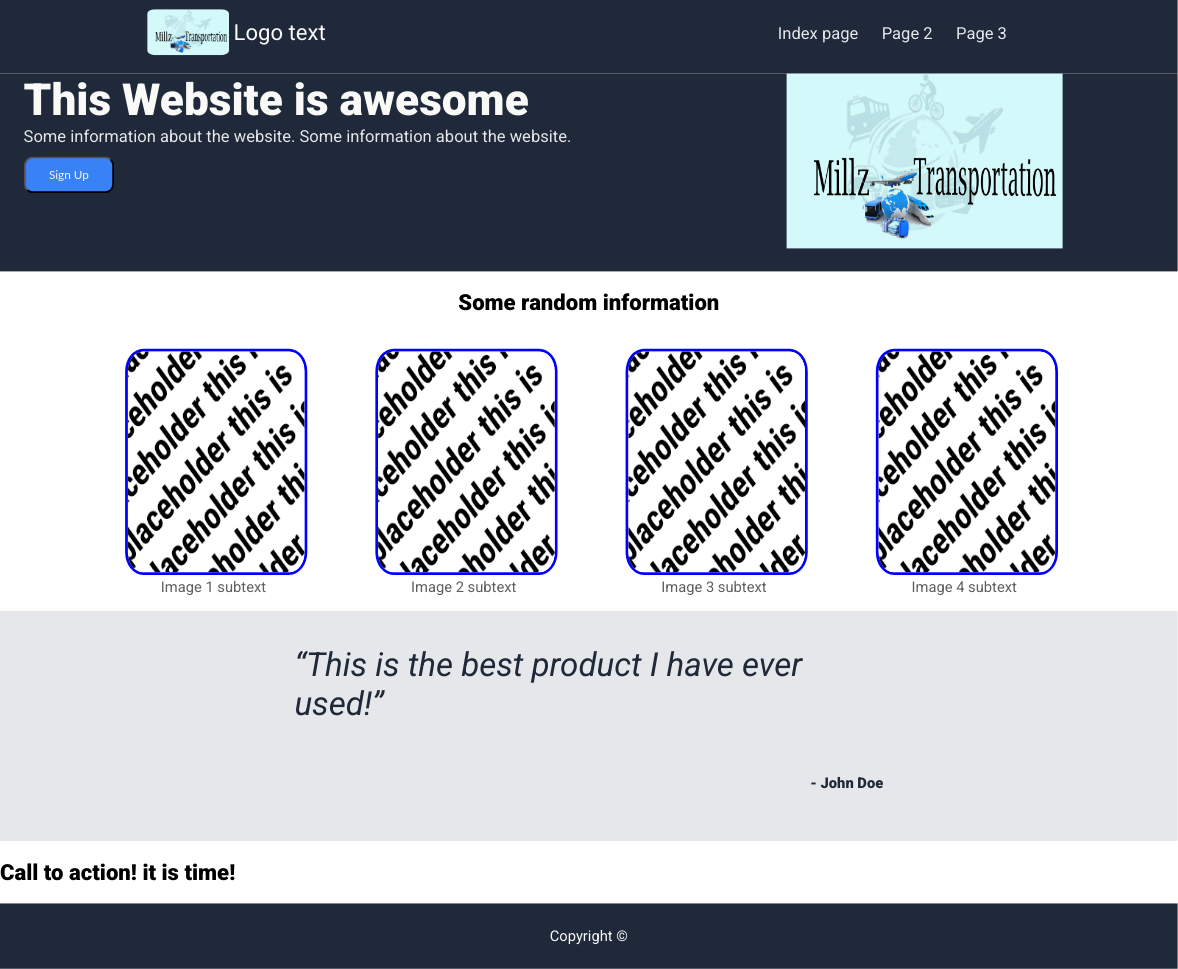
Repository: MikkyPrestige/css-assignment
Page: index.html
An editor plug-in stored every save of this project. The page is shown before and after the next save, followed by the edit.
The browser window is 1280 px wide. The pictures show the whole page, at 92% of full size.

Above is the page before, as saved 2023-04-27 02:17:49.

### index.html
<!DOCTYPE html>
<html lang="en">
<head>
  <meta charset="UTF-8">
  <meta http-equiv="X-UA-Compatible" content="IE=edge">
  <meta name="viewport" content="width=device-width, initial-scale=1.0">
  <link rel="stylesheet" href="./styles/index.css">
  <title>Assignment</title>
</head>
<body>
  <header>
    <div class="header">
      <div class="header-logo">
        <img src="./images/TransportationIcon3.jpg" alt="Company logo">
        <p>Logo text</p>
      </div>
      <nav>
          <a class="header-link" href="./index.html">Index page</a>
          <a class="header-link" href="./pages/extraPage1.html">Page 2</a>
          <a class="header-link" href="./pages/extraPage2.html">Page 3</a>
      </nav>
    </div>
  </header>

  <main>
    <!-- Claimed by Ashley -->
    <div class="Section_1">
      <div class="Header_body">
        <div>
            <div class="Header_title">
              This Website is awesome
            </div>
            <div class="Header_text">
              Some information about the website. Some information about the website.
            </div>
            <button>Sign Up</button>
        </div>
        <img class="headerImage" src="./images/TransportationIcon3.jpg" alt="icon"/>
      </div>
    </div>

    <!-- Claimed by Owen -->
    <div id="Section2">
      <h2>Some random information</h2>
      <div class="flex-image-container">
        <figure class="main-image">
          <img src="./images/placeholder1.png" alt="placeholder">
          <figcaption>Image 1 subtext</figcaption>
        </figure>
        <figure class="main-image">
          <img src="./images/placeholder1.png" alt="placeholder">
          <figcaption>Image 2 subtext</figcaption>
        </figure>
        <figure class="main-image">
          <img src="./images/placeholder1.png" alt="placeholder">
          <figcaption>Image 3 subtext</figcaption>
        </figure>
        <figure class="main-image">
          <img src="./images/placeholder1.png" alt="placeholder">
          <figcaption>Image 4 subtext</figcaption>
        </figure>
      </div>

    </div>

    <!-- Claimed by Alex -->
    <section class="section-3">
      <Selection class="review-slider">
        <div class="review-container">
          <div class="review">
            <q class="review-text">This is the best product I have ever used!</q>
            <p class="review-author">- John Doe</p>
          </div>

          <div class="review">
            <q class="review-text">I love this product! It has made my life so much easier.</q>
            <p class="review-author">- Jane Smith</p>
          </div>

          <div class="review">
            <q class="review-text">I highly recommend this product to anyone.</q>
            <p class="review-author">- Tom Johnson</p>
          </div>

          <div class="review">
            <q class="review-text">This is the best product I have ever used!</q>
            <p class="review-author">- John Doe 2</p>
          </div>

          <div class="review">
            <q class="review-text">I love this product! It has made my life so much easier.</q>
            <p class="review-author">- Jane Smith 2</p>
          </div>

          <div class="review">
            <q class="review-text">I highly recommend this product to anyone.</q>
            <p class="review-author">- Tom Johnson 2</p>
          </div>
        </div>
      </Selection>
    </section>

    <section id="Section4">
      <div class="section4-wrapper">
        <div class="section4-text">
          <h2>Call to action! it is time!</h2>
      </div>
    </section>
  </main>

  <footer>
    <div class="footer">
      <p>Copyright &copy</p>
    </div>
  </footer>
</body>
</html>

### styles/index.css
@import url('https://fonts.googleapis.com/css2?family=Roboto:ital,wght@0,400;0,900;1,400&display=swap');

/*  CSS variables defined here and referenced using var(--varName).
    Note: name must have '--' prefix */
:root {
    --review-count: 6;
}

body {
	font-family: 'Roboto', sans-serif;
	margin: 0;
}

/* CSS for page header */
header {
	padding-top: 10px;
	padding-bottom: 20px;
	background-color: #1F2939;
}
.header {
    margin: auto;
    height: 50px;
    width: 75%;
	display: flex;
	justify-content: space-between;
}

@media (max-width: 800px) {
	.header {
		flex-direction: column;
		align-items: center;
        height: 100px;
	}
}

.header nav {
	width: 300px;
	display: flex;
	justify-content: space-evenly;
}

.header-logo {
	display: flex;
    height: 100%;
	align-items: center;
}

@media (max-width: 800px) {
	.header-logo {
        height: 65%;
	}
}

.header-logo img {
	height: 100%;
	border-radius: 10%;
}

.header-logo p {
	padding-left: 5px;
	font-size: 24px;
	color: #F9FAF8;
}

.header-link {
	font-size: 18px;
	color: #E5E7EB;
	align-self: center;
}

.header-link:link {
	text-decoration: none;
}

.header-link:visited {
	text-decoration: none;
}

.header-link:hover {
	text-decoration: underline;
}

.header-link:active {
	text-decoration:none;
}

/*Css for Section 1 of the index */

.Section_1{
	background-color: #1F2939;
	padding-left: 2%;
}

h1{
	font-size: 24px;
	color: #F9FAF8;
}

.Header_body{
	display: flex;
	justify-content: space-between;
	padding-bottom: 2%;
}

.Header_title{
	font-size: 48px;
	color: #F9FAF8;
	font-weight: 800;
}

.Header_text{
	font-size: 18px;
	color: #E5E7EB;
	padding-bottom: 2%
}

button{
	padding: .8em 2em;
	border-radius: 10px;
	background-color: #3882F6;
	color: whitesmoke;
	font-family: 'Lato', sans-serif;
	font-size: .8em;
}

.headerImage{
	height: 190px;
	width: 300px;
	padding-right: 10%;
}

/* Css for Section 2 of the index */
#Section2 {
	text-align: center;
	width: 75%;
	margin: auto;
}

.flex-image-container {
	display: flex;
  flex-direction: row;
  flex-wrap: nowrap;
  justify-content: center;
  align-items: stretch;
  align-content: center;
}

@media (max-width: 800px) {
  .flex-image-container {
    flex-direction: column;
  }
}

.main-image {
	min-width: 20%;
}

.main-image img {
	width: 100%;
	height: 15em;
	border: 3px blue;
	border-style: solid;
	border-radius: 10%;
}

.main-image figcaption{
	color: #5e5f61;
}

/* CSS for section 3 of index */
.section-3 {
    height: 250px;
	background-color: #E5E7EB;
    display: flex;
    justify-content: center;
}

/* Automatic slideshow */
.review-slider {
    position: relative;
    margin: auto;
    width: 50%;
    height: 100%;
    overflow: hidden;
}

@media (max-width: 800px) {
    .review-slider {
      width: 75%;
    }
  }

.review-slider .review-container {
    position: absolute;
    width: calc(100% * var(--review-count));
    height: 100%;
    top: 0;
    left: 0;
    overflow: hidden;
    animation: slider 26s infinite;
}

.review-slider .review-container .review {
    position: relative;
    width: calc(100% / var(--review-count));
    height: 100%;
    display: flex;
    flex-direction: column;
    justify-content: space-evenly;
    float: left;
    overflow: hidden
}

.review-text {
    font-size: 36px;
    font-weight: 300;
    font-style: italic;
    color: #1F2937;
}

.review-author {
    font-weight: bold;
    color: #1F2937;
    align-self: end;
}

@keyframes slider {
    0%, 25%, 100%{left: 0}

    30%, 55%{left: -100%}

    60%, 85%{left: -200%}
}

/* CSS for page footer */
footer {
    padding-top: 10px;
    padding-bottom: 10px;
	color: #F9FAF8;
	background-color: #1F2939;
}

.footer {
    margin: auto;
    width: 75%;
    text-align: center;
}

After the next save:
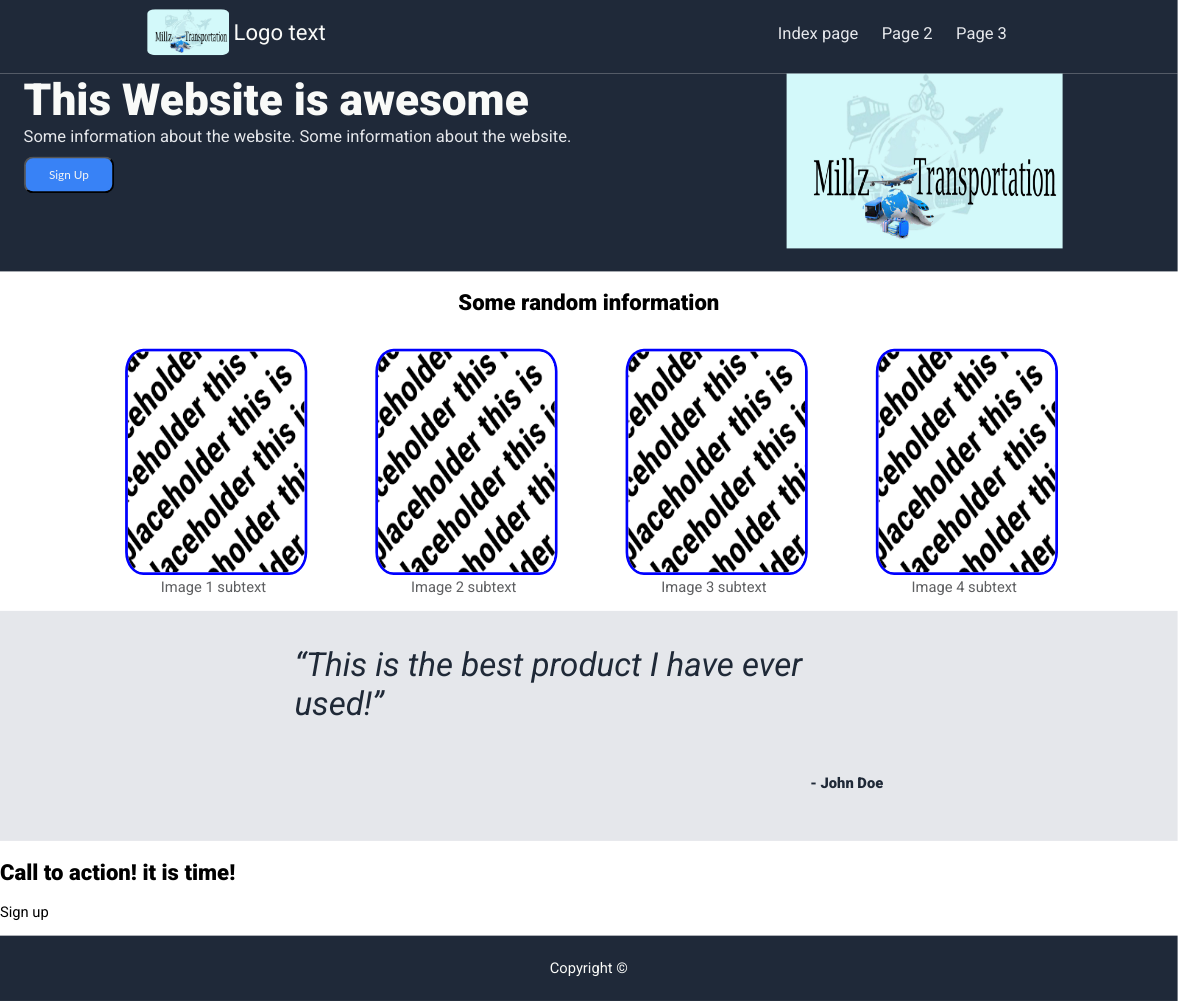
Saved 29 s later.
--- a/index.html
+++ b/index.html
@@ -104,6 +104,7 @@
       <div class="section4-wrapper">
         <div class="section4-text">
           <h2>Call to action! it is time!</h2>
+          <p>Sign up
       </div>
     </section>
   </main>
